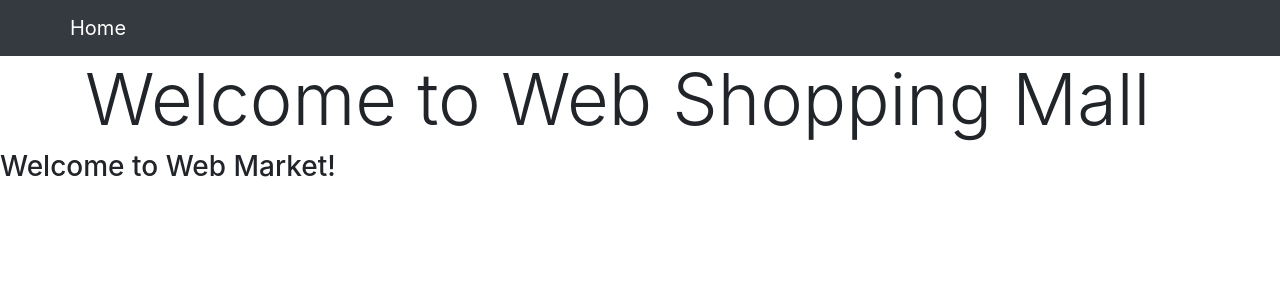
Repository: potatoy1/learning-jsp
Page: http://localhost/JSPBook/welcome.jsp
The author's editor kept a copy of each file at every save. The page is drawn from the files as they stood at one save, then again after the next save.
The browser window is 1280 px wide. The pictures show the whole page.
The page is served by Tomcat 9. Other server files are loaded and not shown.

Above is the page before, as saved 2022-09-26 08:33:38.

### JSPBook/WebContent/welcome.jsp
<%@ page language="java" contentType="text/html; charset=UTF-8"%>
<!DOCTYPE html>
<html>
<head>
<link rel="stylesheet" href="https://maxcdn.bootstrapcdn.com/bootstrap/4.0.0/css/bootstrap.min.css">
<title>Welcome</title>
</head>
<body>
	<nav class="navbar navbar-expand navbar-dark bg-dark">
		<!-- 내용이 들어간다. -->
		<div class="container">
			<div class="navbar-header">
				<a class = "navbar-brand" href="./welcome.jsp">Home</a>
			</div>
		</div>
	</nav>
	<%! // 선언문
		// 전역변수
		String greeting = "Welcome to Web Shopping Mall";
		String tagline = "Welcome to Web Market!";
	%>
	<!-- 표현문 -->
	<div class="jumbotraon">
		<div class="container">
			<h1 class="display-3"><%=greeting%></h1>
		</div>
	</div>
	<main role="main">
		<h3><%=tagline%></h3>
	</main>
</body>
</html>

After the next save:
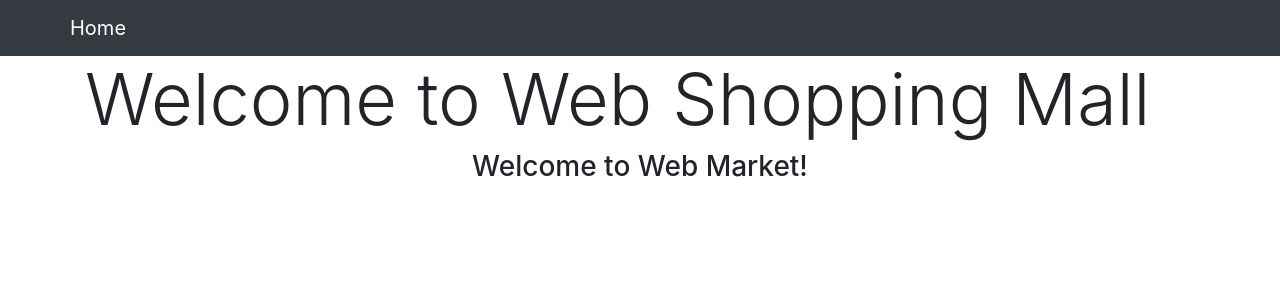
Saved 23 s later.
--- a/JSPBook/WebContent/welcome.jsp
+++ b/JSPBook/WebContent/welcome.jsp
@@ -26,7 +26,9 @@
 		</div>
 	</div>
 	<main role="main">
-		<h3><%=tagline%></h3>
+		<div class="text-center">
+			<h3><%=tagline%></h3>
+		</div>
 	</main>
 </body>
 </html>
